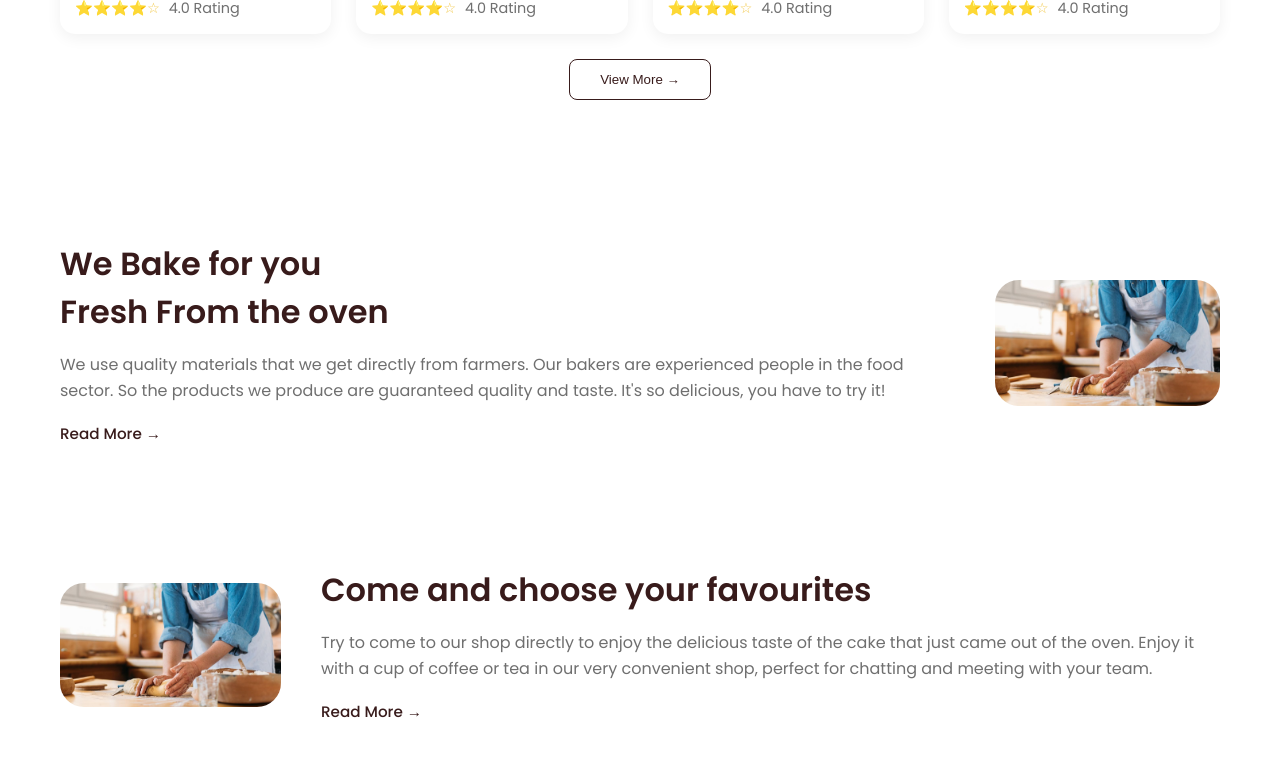
Repository: josegabrielzevallos/chocobrat-bakery-website
Page: index.html
The author's editor kept a copy of each file at every save. The page is drawn from the files as they stood at one save, then again after the next save.
The browser window is 1280 px wide. The pictures show the part of the page from y = 1221 to 2173 px (the page is 2005 px tall before and 2266 px after).
A picture or video elsewhere on the page could not be fetched, so the positions and the page height are approximate.

Above is the page before, as saved 2025-11-20 14:34:25.

### index.html
<!DOCTYPE html>
<html lang="en">
<head>
    <meta charset="UTF-8" />
    <meta name="viewport" content="width=device-width, initial-scale=1.0" />
    <title>Chocobrat Bakery</title>

    <link href="https://fonts.googleapis.com/css2?family=Poppins:wght@300;400;500;600;700&display=swap" rel="stylesheet">

    <link rel="stylesheet" href="styles.css" />
</head>
<body>

    <!-- NAVBAR -->
    <header>
        <nav class="navbar container">
            <h1 class="logo">Chocobrat</h1>

            <ul class="nav-links">
                <li><a class="active" href="#">Home</a></li>
                <li class="dropdown">
                    <a href="#">Categories ▾</a>
                </li>
                <li><a href="#">About Us</a></li>
                <li><a href="#">Contact Us</a></li>
            </ul>

            <div class="nav-actions">
                <input type="text" placeholder="Search" class="search-box" />
                <button class="icon-btn">🔍</button>
                <button class="icon-btn">🤍</button>
                <button class="icon-btn">🛒</button>
                <button class="icon-btn">👤</button>
            </div>
        </nav>
    </header>

    <!-- HERO SECTION -->
    <section class="hero container">
        <div class="hero-text">
            <h2>Bring you Happiness <br> through a piece of cake</h2>
            <p>We make different type of cakes, chocolate, soft cookies, cheesecake pie or anything you want.</p>

            <div class="hero-buttons">
                <button class="btn primary">Order Now</button>
                <button class="btn secondary">See All Menus</button>
            </div>
        </div>

        <div class="hero-img">
            <img src="assets/img/cake-main.png" alt="Cake">
        </div>
    </section>

    <!-- CAROUSEL STATIC -->
    <section class="carousel container">
        <img src="assets/img/cake1.jpg" class="thumb" />
        <img src="assets/img/cake2.jpg" class="thumb" />
        <img src="assets/img/cake3.jpg" class="thumb" />
        <img src="assets/img/cake4.jpg" class="thumb" />
    </section>

    <!-- BEST SELLING SECTION -->
    <section class="best-selling container">
        <div class="title-row">
            <h2>Try Our Best Selling</h2>
            <p>Here’s our best creations that everyone loves. Lightness and sweetness of the cake...</p>
        </div>

        <div class="product-grid">

            <!-- CARD 1 -->
            <article class="card">
                <img src="assets/img/item1.jpg" alt="">
                <h3>Red Velvet & Cream Cheese (500g)</h3>
                <div class="rating">
                    ⭐⭐⭐⭐☆ <span>4.0 Rating</span>
                </div>
            </article>

            <!-- CARD 2 -->
            <article class="card">
                <img src="assets/img/item2.jpg" alt="">
                <h3>Red Velvet & Cream Cheese (500g)</h3>
                <div class="rating">
                    ⭐⭐⭐⭐☆ <span>4.0 Rating</span>
                </div>
            </article>

            <!-- CARD 3 -->
            <article class="card">
                <img src="assets/img/item3.jpg" alt="">
                <h3>Red Velvet & Cream Cheese (500g)</h3>
                <div class="rating">
                    ⭐⭐⭐⭐☆ <span>4.0 Rating</span>
                </div>
            </article>

            <!-- CARD 4 -->
            <article class="card">
                <img src="assets/img/item4.jpg" alt="">
                <h3>Red Velvet & Cream Cheese (500g)</h3>
                <div class="rating">
                    ⭐⭐⭐⭐☆ <span>4.0 Rating</span>
                </div>
            </article>
        </div>

        <center>
            <button class="btn view-more">View More →</button>
        </center>
    </section>

        <!-- STORY / ABOUT BAKERY SECTION -->
    <section class="story container">
        <article class="story-card">

            <div class="story-text">
                <h2>We Bake for you<br>Fresh From the oven</h2>
                <p>
                    We use quality materials that we get directly from farmers.
                    Our bakers are experienced people in the food sector. So the
                    products we produce are guaranteed quality and taste. It's so
                    delicious, you have to try it!
                </p>
                <a href="#" class="story-link">Read More →</a>
            </div>
            <div class="story-img">
                <img src="./assets/images/b9-women.jpeg" alt="Baker preparing pastry">
            </div>

        </article>


        <article class="story-card">

            <div class="story-img">
                <img src="./assets/images/b9-women.jpeg" alt="Baker rolling dough">
            </div>

            <div class="story-text">
                <h2>Come and choose your favourites</h2>
                <p>
                    Try to come to our shop directly to enjoy the delicious taste
                    of the cake that just came out of the oven. Enjoy it with a cup
                    of coffee or tea in our very convenient shop, perfect for chatting
                    and meeting with your team.
                </p>
                <a href="#" class="story-link">Read More →</a>
            </div>

        </article>

    </section>

</body>
</html>

### styles.css
/* ===== RESET ===== */
* {
    margin: 0;
    padding: 0;
    box-sizing: border-box;
}

body {
    font-family: "Poppins", sans-serif;
    background-color: #FFF;
    color: #381B1B;
}

.container {
    max-width: 1200px;
    margin: auto;
    padding: 20px;
}

/* ===== NAVBAR ===== */
header {
    background: #FFF;
    padding: 20px 0;
}

.navbar {
    display: flex;
    align-items: center;
    justify-content: space-between;
}

.logo {
    font-size: 1.8rem;
    font-weight: 600;
}

.nav-links {
    display: flex;
    list-style: none;
    gap: 30px;
}

.nav-links a {
    text-decoration: none;
    color: #6F6F6F;
    font-weight: 500;
}

.nav-links .active {
    color: #381B1B;
    font-weight: 600;
}

.nav-actions {
    display: flex;
    align-items: center;
    gap: 12px;
}

.search-box {
    padding: 10px 15px;
    border-radius: 8px;
    border: 1px solid #ddd;
}

.icon-btn {
    background: #5C1E1E;
    color: #fff;
    padding: 10px;
    border-radius: 8px;
    border: none;
}

/* ===== HERO ===== */
.hero {
    display: flex;
    align-items: center;
    justify-content: space-between;
    margin-top: 40px;
    background-color: #FFF8F2;
    border-radius: 16px;
}

.hero-text {
    max-width: 45%;
}

.hero-text h2 {
    font-size: 2.8rem;
    line-height: 1.2;
    margin-bottom: 15px;
}

.hero-text p {
    font-size: 1rem;
    color: #6F6F6F;
    margin-bottom: 25px;
}

.hero-buttons {
    display: flex;
    gap: 15px;
}

.btn {
    padding: 12px 30px;
    font-weight: 500;
    border-radius: 8px;
    border: none;
    cursor: pointer;
}

.primary {
    background: #5C1E1E;
    color: white;
}

.secondary {
    background: white;
    border: 1px solid #5C1E1E;
    color: #5C1E1E;
}

.hero-img img {
    width: 480px;
    border-radius: 12px;
}

/* ===== CAROUSEL ===== */
.carousel {
    margin-top: 40px;
    display: flex;
    gap: 15px;
    overflow-x: auto;
    padding-bottom: 10px;
    background-color: #FFF8F2;
    border-radius: 16px;
}

.thumb {
    width: 180px;
    height: 110px;
    border-radius: 12px;
    object-fit: cover;
}

/* ===== BEST SELLING ===== */
.best-selling {
    margin-top: 60px;
}

.title-row {
    display: flex;
    justify-content: space-between;
    margin-bottom: 30px;
    background-color: #FFF8F2;
    border-radius: 16px;
    padding: 20px;
}

.title-row h2 {
    font-size: 2rem;
    color: #381B1B;
}

.title-row p {
    max-width: 45%;
    color: #6F6F6F;
}

/* ===== PRODUCT GRID ===== */
.product-grid {
    display: grid;
    grid-template-columns: repeat(4, 1fr);
    gap: 25px;
    margin-top: 30px;
}

.card {
    background: #fff;
    padding: 15px;
    border-radius: 15px;
    box-shadow: 0 4px 15px rgba(0,0,0,0.06);
}

.card img {
    width: 100%;
    height: 180px;
    border-radius: 12px;
    object-fit: cover;
}

.card h3 {
    margin: 12px 0 5px;
    font-size: 1rem;
}

.rating {
    color: #F2C94C;
    font-size: 0.9rem;
}

.rating span {
    color: #6F6F6F;
    margin-left: 5px;
}

.view-more {
    margin-top: 25px;
    background: white;
    border: 1px solid #381B1B;
    color: #381B1B;
}

/* ===== STORY / ABOUT BAKERY SECTION ===== */
.story {
    margin-top: 60px;
    display: flex;
    flex-direction: column;
    gap: 40px;
}

.story-card {
    display: flex;
    align-items: center;
    gap: 40px;
    margin: 40px 0;
}

.story-card-reverse {
    flex-direction: row-reverse;
}

.story-text h3 {
    font-size: 1rem;
    font-weight: 500;
    color: #A35A4A;
    margin-bottom: 4px;
}

.story-text h2 {
    font-size: 2rem;
    font-weight: 600;
    margin-bottom: 16px;
    color: #381B1B;
}

.story-text p {
    color: #6F6F6F;
    line-height: 1.6;
    margin-bottom: 18px;
}

.story-link {
    text-decoration: none;
    font-weight: 500;
    color: #381B1B;
    font-size: 0.95rem;
}

.story-img img {
    width: 100%;
    max-width: 420px;
    border-radius: 24px;
    object-fit: cover;
    display: block;
}

After the next save:
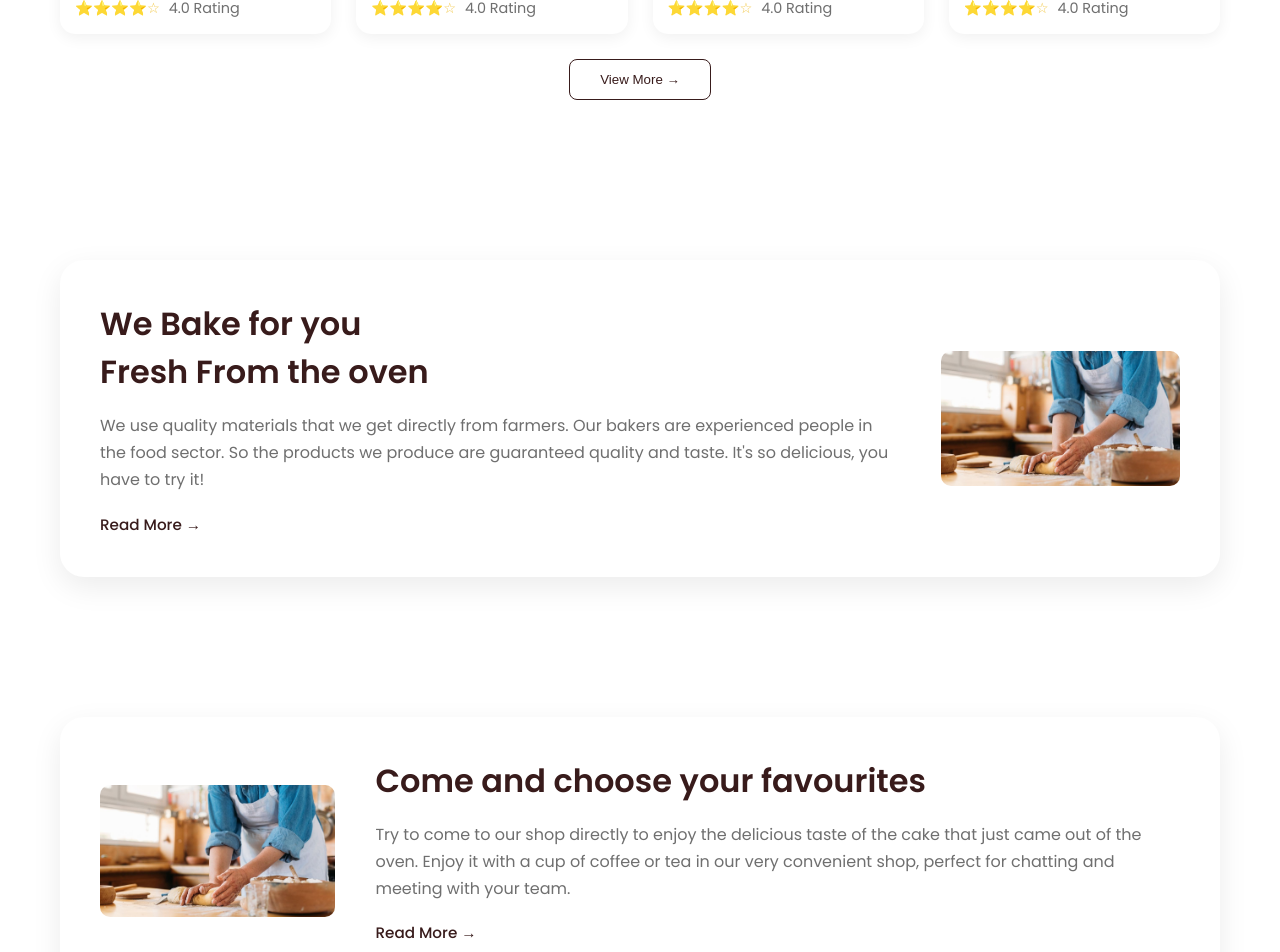
Saved 6 min 38 s later.
--- a/styles.css
+++ b/styles.css
@@ -214,10 +214,10 @@ header {
 
 /* ===== STORY / ABOUT BAKERY SECTION ===== */
 .story {
-    margin-top: 60px;
+    margin-top: 80px;
     display: flex;
     flex-direction: column;
-    gap: 40px;
+    gap: 60px;
 }
 
 .story-card {
@@ -225,6 +225,11 @@ header {
     align-items: center;
     gap: 40px;
     margin: 40px 0;
+
+    background: #ffffff;
+    padding: 40px;
+    border-radius: 24px;
+    box-shadow: 0 10px 30px rgba(0,0,0,0.08);
 }
 
 .story-card-reverse {
@@ -247,7 +252,7 @@ header {
 
 .story-text p {
     color: #6F6F6F;
-    line-height: 1.6;
+    line-height: 1.7;
     margin-bottom: 18px;
 }
 
@@ -260,8 +265,8 @@ header {
 
 .story-img img {
     width: 100%;
-    max-width: 420px;
-    border-radius: 24px;
+    max-width: 500px;
+    border-radius: 10px;
     object-fit: cover;
     display: block;
 }
